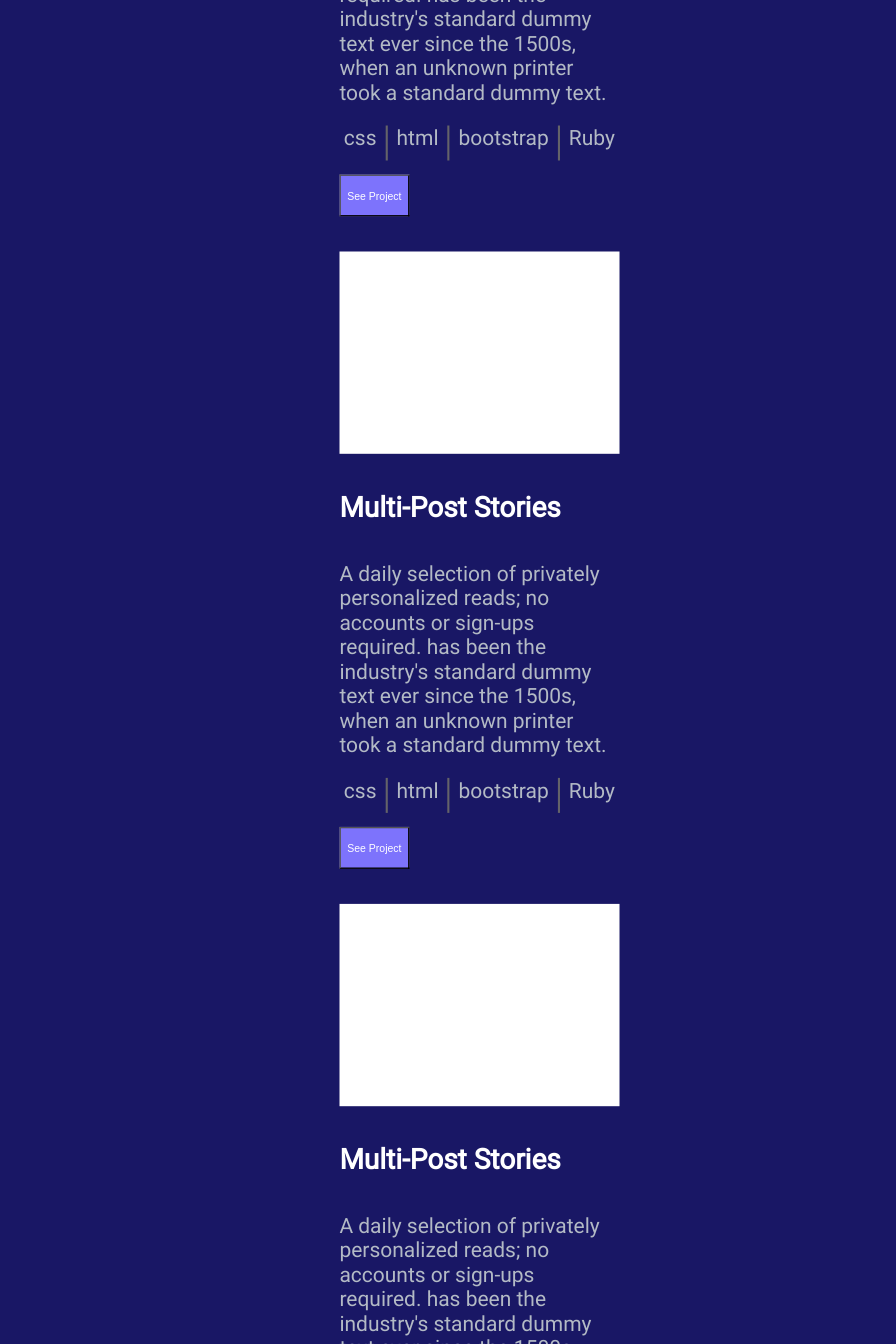
Repository: mustabbas/Portfolio
Page: index.html
These files come from the project's save history. The page is drawn as it stood at one moment and after the next save; the edit follows.
The browser window is 1280 px wide. The pictures show the part of the page from y = 1785 to 3705 px (the page is 5862 px tall before and 5808 px after), at 70% of full size.

Above is the page before, as saved 2021-08-17 18:23:17.

### index.html
<!DOCTYPE html>
<html lang="en">
<head>
    <meta charset="UTF-8">
    <meta name="viewport" content="width=device-width, initial-scale=1.0">
    <meta http-equiv="X-UA-Compatible" content="ie=edge">
    <link rel="stylesheet" href="style.css"/>
    <title>Mustafa Portfolio</title>
</head>
<body>
    <section class="container">
        <header class="header">
            <a href="#"><h2>Mustafa Abbas</h2></a>
            <nav class="humberger">
            <img  src="./assets/img/humberger.png" alt="humberger"/>
            <img  src="./assets/img/humberger.png" alt="humberger"/>
            <img  src="./assets/img/humberger.png" alt="humberger"/>
            </nav>
            <ul class="main-nav">
                <li><a href="#">Portoflio</a></li>
                <li><a href="#">About</a></li>
                <li><a href="#">Contact</a></li>
                <li ><a href="#"><img class="email-pic" src="./assets/img/Icon-Mail.png" alt="email"/></a></li >
            </ul>
        </header>
        <div class="head-wraper">
            <div class="title-wraper">
                <h1>Mustafa Abbas</h1>
                <h2>Software Developer</h2>
            </div>
        </div>
        <div class="box"><p>I can help you build a product , feature or website Look through some of my work and experience! If you like what you see and have a project you need coded,  don’t hestiate to contact me.</p></div>
        <div class="line"></div>
        <div class="skills">
        <ul>
            <li>Language</li>
            <li>Javascript</li>
            <li>Ruby</li>
            <li>Html</li>
            <li>Css</li>
        </ul>
        <ul>
            <li>Frameworks</li>
            <li>Ruby on Rails</li>
            <li>Bootstrap</li>
            <li>RSPec</li>
            <li>CapyBara</li>
        </ul>
        <ul>
            <li>Skills</li>
            <li>Codekit</li>
            <li>Github</li>
            <li>Codepen</li>
            <li>Gitlab</li>
        </ul>
      </div>
      <div class="line"></div>
    </section>
    <div class="footer-nav">
        <div class="vector-container">
            <ul>
                <li><img src="./assets/img/Vector-github.png" alt="Vector-github"/></li>
                <li>
                    <div class="linked-container">
                            <div>
                                    <img src="./assets/img/Vector-dot-linkedin.png" alt="Vector-dot-linkedin"/>
                                    <img src="./assets/img/Vector-line-linkedin.png" alt="Vector-line-linkedin"/>
                            </div>
                            <img id="vector2" src="./assets/img/Vector-n-linkedin.png" alt="Vector-n-linkedin"/>
                     </div>
                </li>
                <li> <img src="./assets/img/Vector.png" alt="Vector"/></li>
                <li><img src="./assets/img/Vector-twitter.png" alt="Vector-twitter"/></li>
                <li> <img src="./assets/img/Vector-M.png" alt="Vector-M"/></li>
            </ul>

         </div>
         <div class="work-container">
        <div class="arrow-container">
        <img src="./assets/img/Vector-line-arrow.png" alt="Vector-line-arrow"/>
        <img src="./assets/img/Vector-arrow.png" alt="Vector-arrow"/>
        </div>
        <span>Work</span>
        </div>
    </div>

    <section class="recent-work">
    <h3>My recent work</h3>
    <div class="line"></div>
    <div class="card">
       <img src="./assets/img/Placeholder.png" alt="Placeholder"/>
       <div class="card-body">
           <h4>Multi-Post Stories</h4>
           <p>A daily selection of privately personalized reads; no accounts or sign-ups required. has been the industry's standard dummy text ever since the 1500s, when an unknown printer took a standard dummy text.</p>
            <ul>
                <li>css</li>
                <li class="vertical-line"></li>
                <li>html</li>
                <li class="vertical-line"></li>
                <li>bootstrap</li>
                <li class="vertical-line"></li>
                <li>Ruby</li>
            </ul>
            <button class="button">See Project</button>
       </div>
    </div>
    <div class="card">
        <img src="./assets/img/Placeholder.png" alt="Placeholder"/>
        <div class="card-body">
            <h4>Multi-Post Stories</h4>
            <p>A daily selection of privately personalized reads; no accounts or sign-ups required. has been the industry's standard dummy text ever since the 1500s, when an unknown printer took a standard dummy text.</p>
             <ul>
                 <li>css</li>
                 <li class="vertical-line"></li>
                 <li>html</li>
                 <li class="vertical-line"></li>
                 <li>bootstrap</li>
                 <li class="vertical-line"></li>
                 <li>Ruby</li>
             </ul>
             <button class="button">See Project</button>
        </div>
     </div>
     <div class="card">
        <img src="./assets/img/Placeholder.png" alt="Placeholder"/>
        <div class="card-body">
            <h4>Multi-Post Stories</h4>
            <p>A daily selection of privately personalized reads; no accounts or sign-ups required. has been the industry's standard dummy text ever since the 1500s, when an unknown printer took a standard dummy text.</p>
             <ul>
                 <li>css</li>
                 <li class="vertical-line"></li>
                 <li>html</li>
                 <li class="vertical-line"></li>
                 <li>bootstrap</li>
                 <li class="vertical-line"></li>
                 <li>Ruby</li>
             </ul>
             <button class="button">See Project</button>
        </div>
     </div>
     <div class="card">
        <img src="./assets/img/Placeholder.png" alt="Placeholder"/>
        <div class="card-body">
            <h4>Multi-Post Stories</h4>
            <p>A daily selection of privately personalized reads; no accounts or sign-ups required. has been the industry's standard dummy text ever since the 1500s, when an unknown printer took a standard dummy text.</p>
             <ul>
                 <li>css</li>
                 <li class="vertical-line"></li>
                 <li>html</li>
                 <li class="vertical-line"></li>
                 <li>bootstrap</li>
                 <li class="vertical-line"></li>
                 <li>Ruby</li>
             </ul>
             <button class="button">See Project</button>
        </div>
     </div>
    </section>

    <section class="card-container">
        <div class="card">
        <div class="card-body">
        <h3>CONTACT US</h3>
        <p>If you have an application you are interested in developing, a feature that you need built or a project that needs coding. I’d love to help with it </p>
        <form>
        <input type="text" placeholder="Text Input" maxlength="30" required/>
        <input type="email" placeholder="jeremy@gmail.com" required/>
        <textarea rows="15" cols="48" placeholder="Enter text here" maxlength="500" required></textarea>
        <button class="button btn">See Project</button>
        </form>
        </div>
        <div class="footer-nav">
            <div class="work-container upper">
            <span>Work</span>
            <div class="arrow-container">
            <img src="./assets/img/Vector-line-arrow.png" alt="Vector-line-arrow"/>
            <img src="./assets/img/Vector-arrow.png" alt="Vector-arrow"/>
             </div>
            </div>
            <div class="vector-container">
                <ul>
                    <li><img src="./assets/img/Vector-github.png" alt="Vector-github"/></li>
                    <li>
                        <div class="linked-container">
                            <div>
                                <img src="./assets/img/Vector-dot-linkedin.png" alt="Vector-dot-linkedin"/>
                                <img src="./assets/img/Vector-line-linkedin.png" alt="Vector-line-linkedin"/>
                          </div>
                                <img src="./assets/img/Vector-n-linkedin.png" alt="Vector-n-linkedin"/>
                         </div>
                    </li>
                    <li> <img src="./assets/img/Vector.png" alt="Vector"/></li>
                    <li><img src="./assets/img/Vector-twitter.png" alt="Vector-twitter"/></li>
                    <li> <img src="./assets/img/Vector-M.png" alt="Vector-M"/></li>
                </ul>

             </div>
            <span>emailhere@email.com</span>
        </div>
    </div>
    </section>


</body>
</html>

### style.css
@font-face {
  font-family: 'roboto';
  src: url(assets/font/Roboto/Roboto-Regular.ttf);
}

body {
  background-color: #191765;
  font-family: 'roboto', sans-serif;
}

ul {
  margin: 0;
  padding: 0;
  list-style: none;
}

h1 {
  color: #9390ff;
}

p,
h2,
td,
li,
a,
span {
  color: #b3bac5;
}

.header {
  display: flex;
  justify-content: space-around;
  align-items: center;
}

.header a {
  text-decoration: none;
}

.main-nav {
  display: flex;
}

.main-nav a {
  display: block;
  padding: 1em;
  text-decoration: none;
}

.head-wraper {
  display: flex;
  justify-content: center;
  align-items: center;
  background-image: url("./assets/img/circle1header.svg");
  background-repeat: no-repeat;
  background-position: -160px -50px;
}

.title-wraper {
  flex-direction: column;
  justify-content: center;
}

.title-wraper h1 {
  font-size: 3rem;
}

.title-wraper h2 {
  font-size: 2rem;
  margin-top: 0;
}

.container {
  display: flex;
  flex-direction: column;
  justify-content: center;
  align-items: center;
  width: 500px;
}

.box {
  min-width: 450px;
  width: 33.333%;
  margin: 50px;
}

.box p {
  font-size: 20px;
  font-weight: 300;
  text-align: center;
  color: #b3bac5;
}

.line {
  min-width: 450px;
  width: 33.333%;
  border-bottom: 1px solid #646369;
}

.skills {
  display: flex;
  justify-content: space-between;
  flex-wrap: wrap;
  width: 500px;
  background-image: url("./assets/img/circle1header.svg");
  background-repeat: no-repeat;
  background-position: 400px 10px;
}

.skills ul {
  width: 40%;
  margin-top: 20px;
  margin-left: 40px;
}

.skills li {
  margin: 20px;
}

.skills ul li:first-child {
  color: #9390ff;
}

.email-pic {
  color: #b3bac5;
}

.footer-nav {
  display: flex;
  justify-content: space-around;
  align-items: center;
  margin-top: 40px;
}

.work-container .work-container2 {
  display: flex;
  justify-content: space-around;
}

.vector-container ul {
  display: flex;
  justify-content: center;
  align-items: center;
}

.vector-container img {
  margin-left: 10px;
}

.arrow-container {
  display: flex;
  flex-direction: column;
  align-items: flex-start;
  margin-right: 10px;
}

.arrow-container img:first-child {
  margin-left: 9px;
}

.arrow-container img:last-child {
  margin-top: -8px;
}

.linked-container {
  display: flex;
}

.linked-container div {
  display: flex;
  flex-direction: column;
}

#vector2 {
  margin-left: auto;
}

h3 {
  font-size: 45px;
  color: #9390ff;
  margin: 20px;
  text-transform: uppercase;
  margin-left: 150px;
}

.recent-work {
  display: grid;
  grid-template-columns: auto;
  grid-template-rows: auto;
  justify-content: center;
}

.card-container {
  display: grid;
  grid-template-columns: auto;
  grid-template-rows: auto;
  justify-content: center;
}

.card {
  display: flex;
  flex-direction: column;
  width: 400px;
  margin-left: 120px;
  margin-top: 50px;
}

.card-body h4 {
  font-size: 40px;
  color: #fff;
}

.card-body p {
  font-size: 30px;
  text-align: left;
}

.card-body h3 {
  font-size: 45px;
  color: #9390ff;
  margin: 20px;
  text-transform: uppercase;
}

.card-body ul {
  display: flex;
  justify-content: space-around;
  font-size: 30px;
  text-align: left;
}

.vertical-line {
  height: 50px;
  border-right: 3px solid #646369;
}

.button {
  background-color: #7d73fc;
  width: 100px;
  height: 60px;
  color: #fff;
  font-size: 15px;
  margin-top: 20px;
}

.button:hover {
  box-shadow: 0 8px 16px rgba(125, 115, 252, 0.48);
}

input {
  width: 100%;
  height: 60px;
  padding: 12px 20px;
  margin: 8px 0;
  display: inline-block;
  border: 1px solid #ccc;
  border-radius: 4px;
  box-sizing: border-box;
  margin-bottom: 30px;
}

textarea::placeholder {
  font-size: 20px;
  padding: 20px;
}

.btn  {
  margin-left: 150 px;
  margin-top: 30px;
}
@media only screen and (max-width: 500px) {
  .header {
    width: 500px;
    justify-content: space-around;
  }

  .header ul {
    display: none;
  }

  .main-nav {
    flex-direction: column;
  }

  .head-wraper {
    width: 500px;
  }

  .head-wraper img {
    margin-left: -200px;
  }

  .right {
    margin-right: -100px;
  }

  .container img {
    margin-right: -500px;
  }

  .humberger {
    display: flex;
    flex-direction: column;
    justify-content: space-between;
  }

  .humberger img {
    width: 33.33px;
    height: 3px;
    margin: 5px;
    background-color: #b3bac5;
  }

  .footer-nav {
    width: 500px;
    flex-direction: column;
  }

  .upper {
    display: none !important;
  }

  .work-container {
    display: flex;
    margin-top: 30px;
  }
}

After the next save:
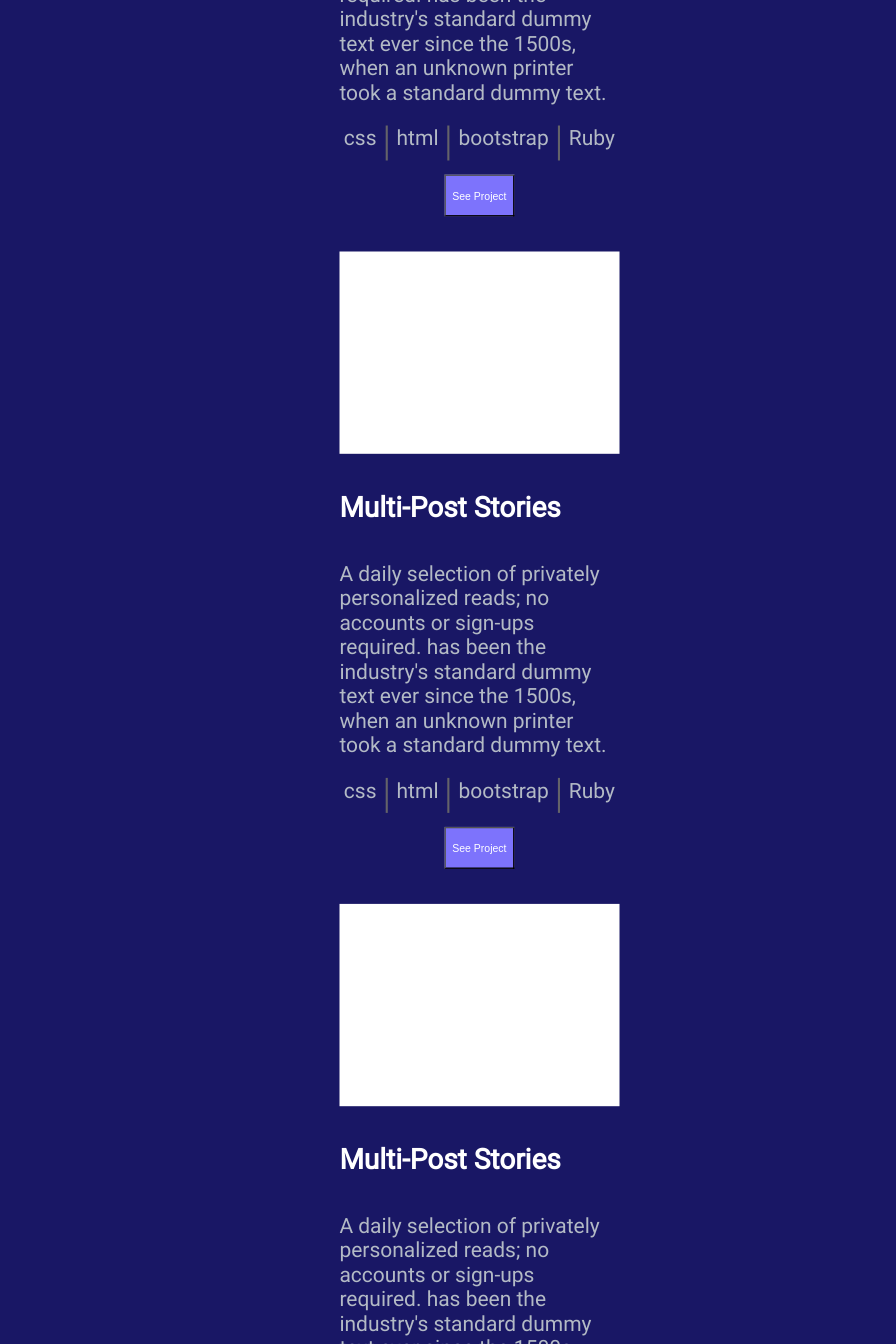
Saved 11 min 45 s later.
--- a/style.css
+++ b/style.css
@@ -241,6 +241,7 @@ h3 {
   color: #fff;
   font-size: 15px;
   margin-top: 20px;
+  margin-left: 150px;
 }
 
 .button:hover {
@@ -256,7 +257,6 @@ input {
   border: 1px solid #ccc;
   border-radius: 4px;
   box-sizing: border-box;
-  margin-bottom: 30px;
 }
 
 textarea::placeholder {
@@ -264,10 +264,6 @@ textarea::placeholder {
   padding: 20px;
 }
 
-.btn  {
-  margin-left: 150 px;
-  margin-top: 30px;
-}
 @media only screen and (max-width: 500px) {
   .header {
     width: 500px;
